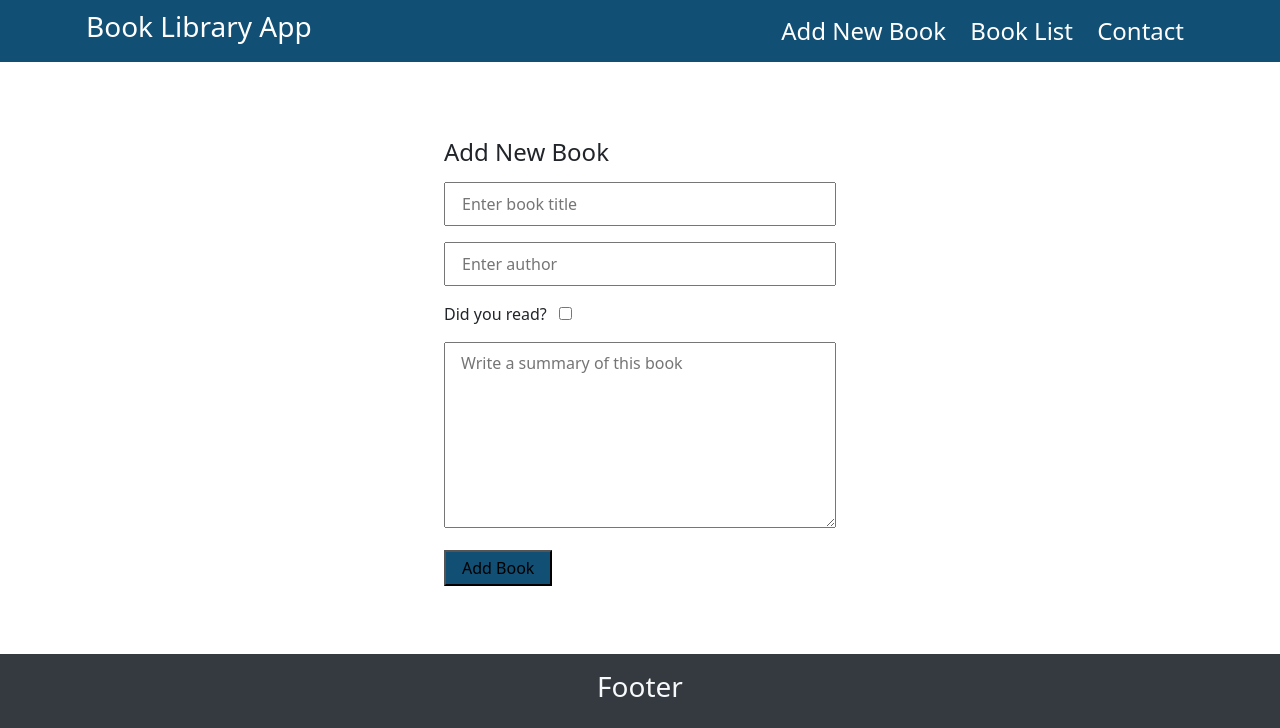
Repository: just-mann/booklibrary-app
Page: http://localhost/
These files come from the project's save history. The page is drawn as it stood at one moment and after the next save; the edit follows.
The browser window is 1280 px wide. The pictures show the whole page.
The page is served by the project's Node server (app.js).

Above is the page before, as saved 2021-06-06 04:54:07.

### views/index.ejs
<!DOCTYPE html>
<html lang="en">
<%- include('./partials/Header') %>
<body>
    <%- include('./partials/Navbar') %>
      <div class="container py-2 home">
        <div class=" p-5 p-xs-1 p-sm-1 p-md-1 py-2 px-0 mt-5 homeDiv">
          <form action="/books" method="POST" class="px-0 py-3">
            <h4>Add New Book</h4>
              <div class="my-3">
                <input class="px-3 py-2 title w-100" type="text" name="title" id="title" placeholder="Enter book title" required>
              </div>
              <div class="my-3">
                <input class="px-3 py-2 author w-100" type="text" name="author" id="author" placeholder="Enter author" required>
              </div>
              <div class="my-3">
                <label for="isRead" class="mr-2">Did you read?</label>
                <input class="px-3 py-2 isRead" type="checkbox" name="isRead" id="isRead">
              </div>
              <div class="my-3">
                <textarea class="px-3 py-2 isRead w-100" name="summary" id="summary" cols="30" rows="7" placeholder="Write a summary of this book" required></textarea>
              </div>
              <div class="my-3">
                <input class="px-3 py-1 submitBtn" type="submit" value="Add Book">
              </div>
          </form>
        </div>
      </div>
    <%- include('./partials/Footer') %>
</body>
</html>

### views/partials/Header.ejs
<head>
    <meta charset="UTF-8">
    <meta name="viewport" content="width=device-width, initial-scale=1.0">
    <title><%= title %></title>
    <link rel="stylesheet" href="https://stackpath.bootstrapcdn.com/bootstrap/5.0.0-alpha1/css/bootstrap.min.css" integrity="sha384-r4NyP46KrjDleawBgD5tp8Y7UzmLA05oM1iAEQ17CSuDqnUK2+k9luXQOfXJCJ4I" crossorigin="anonymous">
    <script src="https://cdn.jsdelivr.net/npm/popper.js@1.16.0/dist/umd/popper.min.js" integrity="sha384-Q6E9RHvbIyZFJoft+2mJbHaEWldlvI9IOYy5n3zV9zzTtmI3UksdQRVvoxMfooAo" crossorigin="anonymous"></script>
    <link rel="stylesheet" href="https://unpkg.com/aos@next/dist/aos.css" />
    <link rel="stylesheet" href="https://unpkg.com/aos@next/dist/aos.css" />
    <script src="https://stackpath.bootstrapcdn.com/bootstrap/5.0.0-alpha1/js/bootstrap.min.js" integrity="sha384-oesi62hOLfzrys4LxRF63OJCXdXDipiYWBnvTl9Y9/TRlw5xlKIEHpNyvvDShgf/" crossorigin="anonymous"></script>
    <link rel="stylesheet" href="/style.css">
  </head>

### views/partials/Navbar.ejs
<nav class="container-fluid sticky-top">
    <div class="container">
        <a href="/" class="logo"><h3>Book Library App</h3></a>
        <div class="nav__links">
            <a href="/">Add New Book</a>
            <a href="/booklist">Book List</a>
            <a href="/contact">Contact</a>
        </div>
    </div>
</nav>

### views/partials/Footer.ejs
<footer class="bg-dark py-3 text-light text-center">
    <script src="https://ajax.googleapis.com/ajax/libs/jquery/3.5.1/jquery.min.js"></script>
    <script src="/script.js"></script>
    <div class="container">
        <h3>Footer</h3>
    </div>
</footer>
<script src="https://unpkg.com/aos@next/dist/aos.js"></script>
<script>
  AOS.init();
</script>

### app.js
const express = require('express'); //import express package
const app = express(); //initialize the express app
const bodyParser = require('body-parser') //import body-parser to handle data from the form
const MongoClient = require('mongodb').MongoClient; //import the mongodbClient
const { ObjectId } = require('bson');
const dbName = 'myBookList';
const dbCollectionName = 'bookCollection';

const PORT = process.env.PORT || 5000;


// Configure the body-parser
app.use(bodyParser.urlencoded({ extended: true }));


// Make static files accessible
app.use(express.static('public'));


// Set View Engine
app.set('view engine', 'ejs');



// Connect to Database
const dbURI = 'mongodb+srv://bookUser:cUk4rECaXyAWsNz8@crud-tutorial.xd65d.mongodb.net/myBookList?retryWrites=true&w=majority';
MongoClient.connect(dbURI, { useUnifiedTopology: true })
    .then(client => {

        app.listen(PORT, () => {
            console.log(`App is now running on PORT ${PORT} and Database: ${dbName} is connected`)
        });

        const db = client.db(`${dbName}`);

        const myCollection = db.collection(`${dbCollectionName}`);

        app.post('/books', (req, res) => {
            myCollection.insertOne(req.body)
                .then(result => {
                    console.log('Item added to database...');
                })
                .catch(err => console.log(err));
            res.redirect('bookList');
        })

        app.get('/booklist', (req, res) => {
            myCollection.find().sort({_id: -1}).toArray()
                .then(result => {
                    res.render('bookList', { myList: result, title: "Book List" });
                })
                .catch(err => console.log(err));
        })


        app.get('/booklist/:id', (req, res) => {
            const id = req.params.id;
            myCollection.findOne({ _id: ObjectId(`${id}`)})
                .then(result => {
                    res.render('details', { singleBook: result, title: `Book Detail  -  ${result.title}` })
                })
                .catch(err => console.log(err));
        })


        app.delete('/booklist/:id', (req, res) => {
            const id = req.params.id;
            myCollection.deleteOne({_id: ObjectId(`${id}`)})
                .then(result => {
                    res.json({ redirect: '/booklist'})
                })
                .catch(err => console.log(err));
        })


        app.get('/', (req, res) => {
            res.render('index', { title: "Add New Book" });
        })


        app.get('/contact', (req, res) => {
            res.render('contact', { title: "Contact Me" });
        })

        app.use((req, res) => {
            res.status(404).render('404', { title: '404, Page Not Found'});
        })

    })
    .catch(err => console.log(err));

### public/style.css
* {
    padding: 0;
    margin: 0;
    box-sizing: border-box;
}
body {
    min-height: 100vh;
}

a {
    text-decoration: none;
}

nav {
    background-color: #114f74;
    padding: 10px 0px;
}

nav .container {
    display: flex;
    justify-content: space-between;
    align-items: center;
}

nav .container .logo h3 {
    color: #ffffff;
    font-weight: 350;
}

nav .container .nav__links {
    color: #ffffff;
}

nav .container .nav__links a {
    color: #ffffff;
    font-size: 1.5rem;
    padding: 10px 0px;
    margin: 0px 10px;
    font-weight: 300;
}

.nav__links a:hover {
    color: red;
}

.listDiv {
    display: flex;
    grid-template-columns: repeat(3, 1fr);
}

.list {
    max-width: 350px;
    min-height: 150px;
    margin: 0px 15px;
    background-color: #e2e2e2;
    border-left: 15px solid #41a1b9;
    opacity: 0.9;
    transition: opacity 0.6s;
}

.list:hover {
    opacity: 1;
}


/* Home Page */
.home {
    height: 82.3vh;
}

.home .homeDiv, .contact .contactDiv {
    /* background: yellow; */
    max-width: 400px;
    margin: 0 auto;
}



/* Book List Page */
.bookList {
    min-height: 81.3vh;
}






/* details page */
.details {
    height: 81.5vh;
}



.bookSummary {
    max-width: 500px;
    background: yellow;
}



/* Contact Page */
.contact {
    height: 82.5vh;
}

.submitBtn {
    background-color: #114f74;
}

Loaded but not shown: public/script.js (no stored copy; drawn as an empty file)

After the next save:
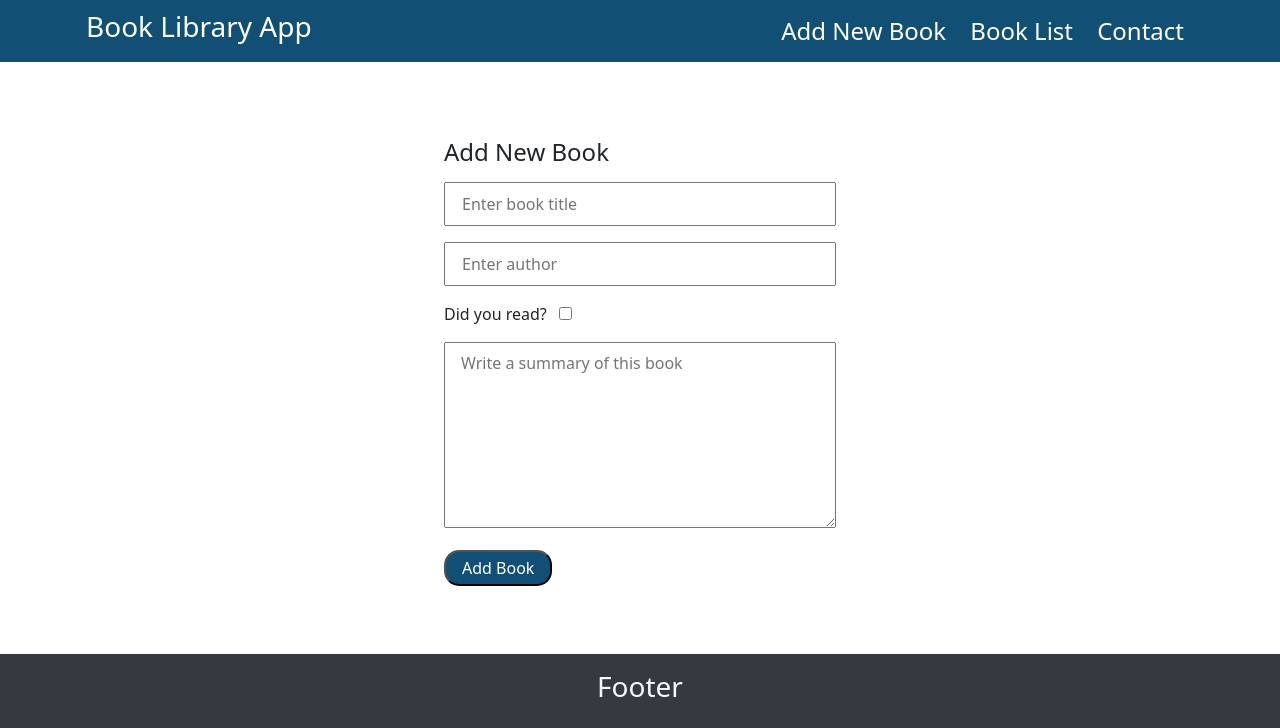
Saved 34 s later.
--- a/public/style.css
+++ b/public/style.css
@@ -107,4 +107,6 @@ nav .container .nav__links a {
 
 .submitBtn {
     background-color: #114f74;
+    color: white;
+    border-radius: 15px;
 }
